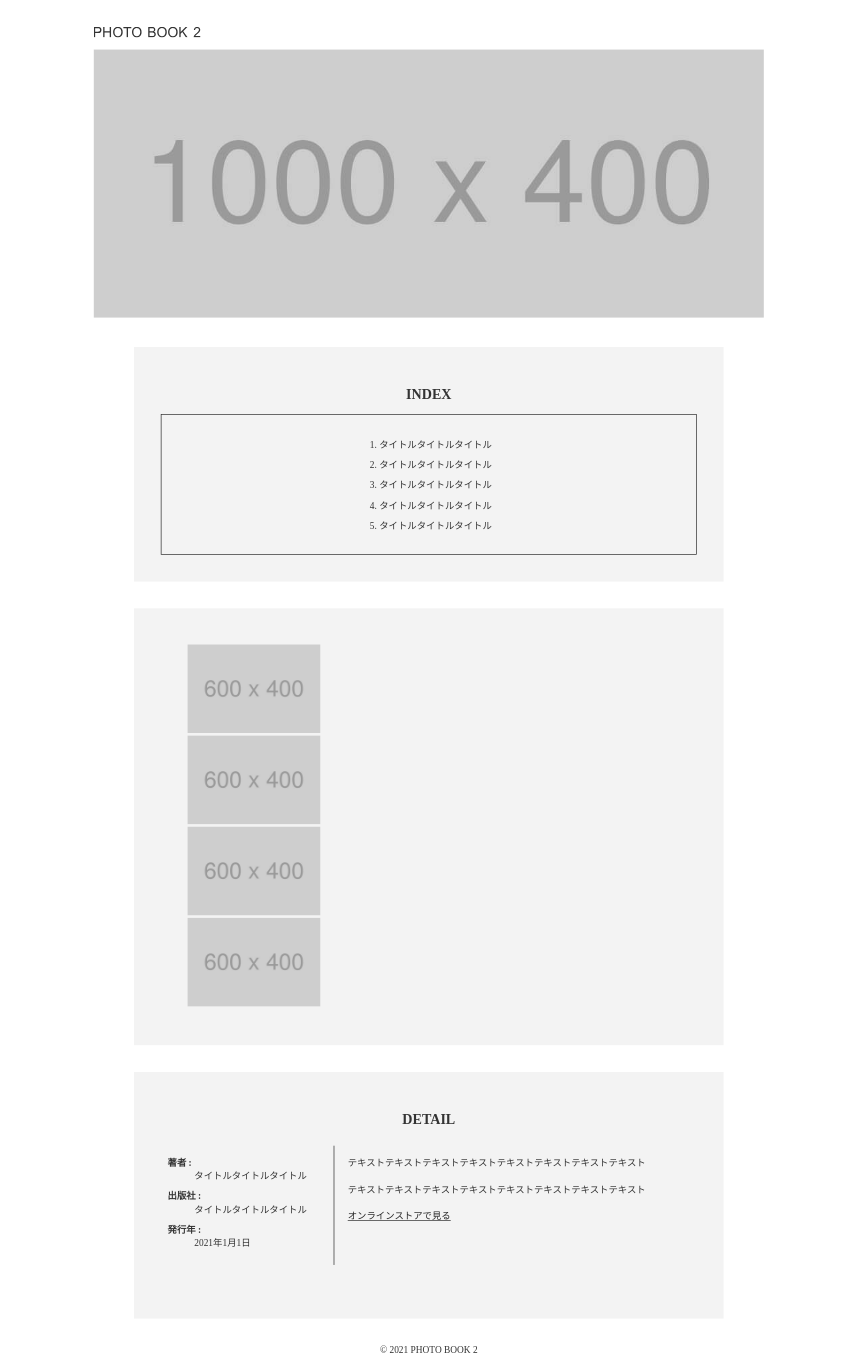
Repository: Fuki-san/photo-book-2
Page: http://localhost/photobook
The author's editor kept a copy of each file at every save. The page is drawn from the files as they stood at one save, then again after the next save.
The browser window is 1280 px wide. The pictures show the whole page, at 67% of full size.
The page is served by the project's Laravel application, run on PHP 8.4 with Laravel 10.

Above is the page before, as saved 2023-12-01 12:35:48.

After the next save:
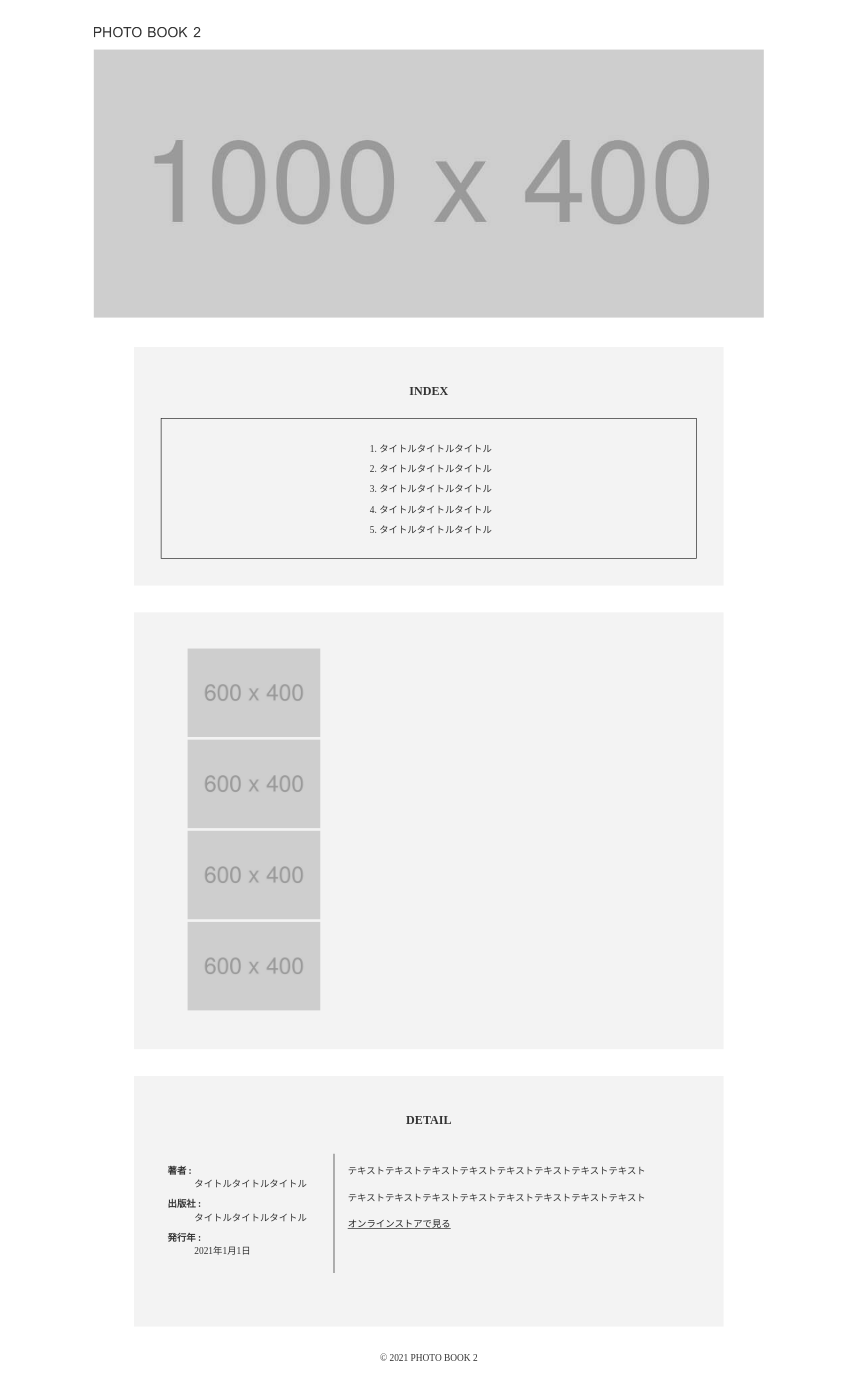
Saved 6 s later.
--- a/public/css/style.css
+++ b/public/css/style.css
@@ -24,7 +24,7 @@ ul{
 .sec-title{
     text-align: center;
     font-weight: bold;
-    font
+    font-size: 1.125rem;
     margin-bottom: 30px;
 }
 
